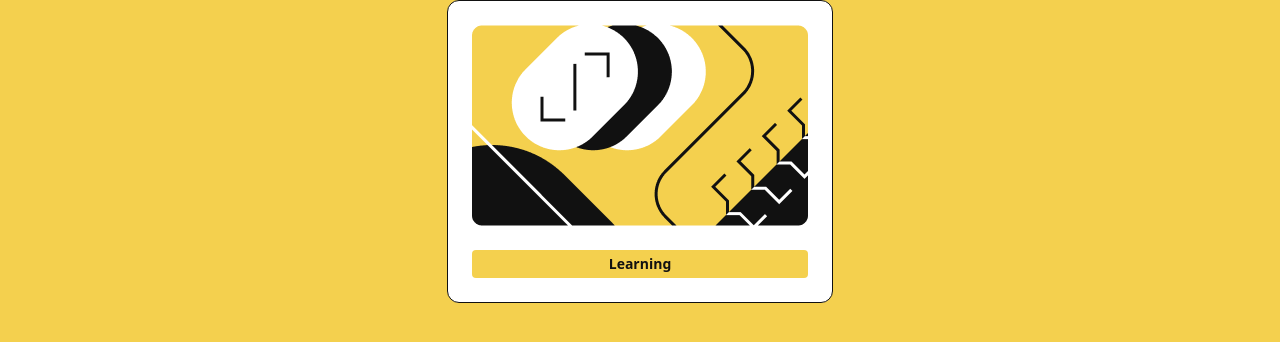
Repository: orcunelektirikci/fe-mentor-blogprev
Page: index.html
The author's editor kept a copy of each file at every save. The page is drawn from the files as they stood at one save, then again after a run of saves.
The browser window is 1280 px wide. The pictures show the whole page.
Some web libraries are served in a nearby version.

Above is the page before, as saved 2024-04-12 16:49:16.

After the next 2 saves:
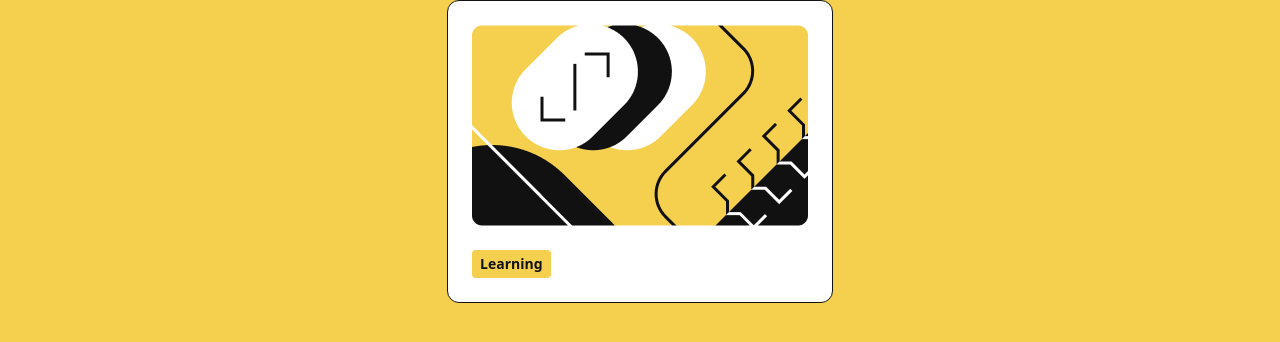
The 2 saves are shown as one change because they came seconds apart.
The last was saved 15 s later.
--- a/index.html
+++ b/index.html
@@ -12,7 +12,7 @@
 
     <div class="bg-white border-[1px] rounded-xl border-black p-6 flex flex-col justify-evenly space-y-6">
         <img src="assets/img/blogimage.png" alt="">
-        <button class="bg-yellow rounded font-semibold text-black inline text-sm py-1 px-2" type="button">Learning</button>
+        <button class="bg-yellow rounded font-semibold text-black inline text-sm py-1 px-2 max-w-min" type="button">Learning</button>
     </div>
 
     <script src="/assets/js/main.js"></script>
